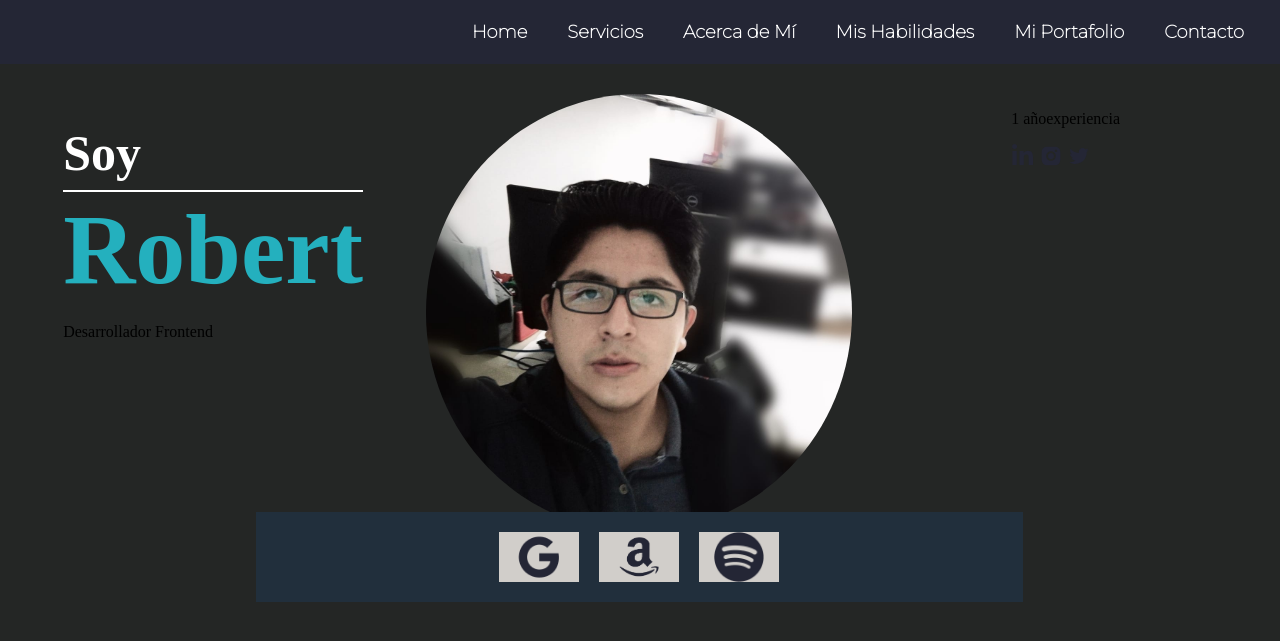
Repository: RobertAries28/PortafolioRobertEscalanteGomez2022
Page: index.html
The author's editor kept a copy of each file at every save. The page is drawn from the files as they stood at one save, then again after the next save.
The browser window is 1280 px wide. The pictures show the whole page.

Above is the page before, as saved 2022-02-15 11:48:19.

### index.html
<!DOCTYPE html>
<html lang="en">
<head>
    <meta charset="UTF-8">
    <meta http-equiv="X-UA-Compatible" content="IE=edge">
    <meta name="viewport" content="width=device-width, initial-scale=1.0">
    <link rel="preconnect" href="https://fonts.googleapis.com">
<link rel="preconnect" href="https://fonts.gstatic.com" crossorigin>
<link href="https://fonts.googleapis.com/css2?family=Montserrat:wght@100&display=swap" rel="stylesheet">
    <link rel="stylesheet" href="estilos.css">
    <title>Document</title>
</head>
<body>
    <header class="main-header">
        <div class="l-container">

        <div class="main-menu-toggle" id="main-menu-toggle"></div>
             <nav class="main-nav" id="main-nav">
                 <ul class="main-menu">
                       <li class="main-menu__item">
                           <a class="main-menu__link" href="#">
                              Home
                           </a>
                       </li>

                       <li class="main-menu__item">
                         <a class="main-menu__link" href="#">
                           Servicios
                         </a>
                       </li>

                       <li class="main-menu__item">
                        <a class="main-menu__link" href="#">
                          Acerca de Mí
                        </a>
                       </li>


                     <li class="main-menu__item">
                         <a class="main-menu__link" href="#">
                           Mis Habilidades
                         </a>
                     </li>

                     <li class="main-menu__item">
                        <a class="main-menu__link" href="#">
                         Mi Portafolio
                        </a>
                    </li>

                    <li class="main-menu__item">
                        <a class="main-menu__link" href="#">
                         Contacto
                        </a>
                    </li>


                 </ul>
             </nav>


        </div>
     </header>
     <section>
        <div class="section-nombre">
              <h2>Soy</h2><hr color="white"/>
              <h1>Robert</h1>
              <p>Desarrollador Frontend</p>
        </div>

        <div class="section-imagen">
              <img src="imagenes/fotoPerfil.jpeg" alt="">
        </div>

        <div class="section-experiencia">
               <p><span>1 año</span>experiencia</p>
               <div>
                 <img src="imagenes/linkedin.svg" alt="">
                 <img src="imagenes/instagram.svg" alt="">
                 <img src="imagenes/twitter.svg" alt="">
               </div>
        </div>

        <div class="section-iconos">
          <div>
             <img src="imagenes/gmail.png" alt="">
             <img src="imagenes/amazon.png" alt="">
             <img src="imagenes/spotify.png" alt="">
            </div>
        </div>
    </section>
    <script src="javascript.js"></script>
</body>
</html>

### estilos.css
body{
    margin: 0;
    background: #242625;
}

.main-header{
    height: 4rem;
    background: #242635;
    position:sticky;

	top:0;

}
.l-container{
    max-width: 100%;
    padding-left: 1rem;
    padding-right: 1rem;
    display: flex;
    justify-content: space-between;
    align-items: center;

    height: 100%;
    color: white;

}
.main-menu{
    margin-top: 0;
    margin-bottom: 0;
    padding-left: 0;
    list-style: none;
    display: flex;
}

.main-menu li{
    padding: 0 20px;
}

a{
  text-decoration: none;
  color: white;
  font-family: 'Montserrat', sans-serif;
  font-size: 18px;
  font-weight: bold;
}


/*section*/

section{
    display: grid;
    grid-template-columns: repeat(3,33.3%);
    grid-template-rows: repeat(3,auto);
    justify-items: center;
    padding-top: 30px;

}

.section-nombre h1{
    font-size: 100px;
    margin: 0;
    color: #24B0BE;
}

.section-nombre h2{
    font-size: 50px;
    margin: 0;
    margin-top: 30px;
    color: white;
}
.section-nombre hr{
    margin-bottom: 0;

}

.section-imagen img{
    width: 100%;
    height: 100%;
    border-radius: 50%;


}

.section-iconos{
   grid-column: 1 / span 3;
 justify-self: center;
   background: #212F3C;
  width:60%;
  position: relative;
 top: -20px;
}

.section-iconos div{
    display: flex;
  justify-content: center;
}

.section-iconos img{
  height: 50px;
  background: #D1CECA;
  padding: 0 15px;
  margin: 20px 10px;
}




@media screen and ( max-width: 768px){



.main-menu__item{
    padding: .5rem 0 .5rem 1rem
}

.main-menu__link{
    color: white;
    margin-left: 1rem;
}



.main-nav{
    position: fixed;
    height: calc(100vh - 4rem);
    width: 200px;
    background: black;
    top: 4rem;
    right: -200px;




}

.main-menu{
    flex-direction: column;
}

.main-menu li{
    padding: 10px 0;
}



.show{
right: 0px;
transition-duration: 1s;
transition-timing-function:ease-in-out

}

 :not(.show){
     transition-duration: 1s;
  transition-timing-function: ease-in
 }


.main-menu-toggle{
    width: 2.4rem;
    margin-left: calc(100% - 38.4px);
    height: 1.6rem;
    background: linear-gradient(black 20%, transparent 20%, transparent 40%, black 40%, black 60%, transparent 60%, transparent 80%, black 80%);
    cursor: pointer;

}
}

### javascript.js
 const showMenu = (toggleId, navId) =>{
               const toggle = document.getElementById(toggleId),
               nav = document.getElementById(navId)

               if(toggle && nav){
                   toggle.addEventListener('mouseover' , ()=>{
                       nav.classList.toggle('show')
                   })



               }

               if(toggle && nav){
                   toggle.addEventListener('mouseout' , ()=>{
                       nav.classList.toggle('show')
                   })



               }



           }
           showMenu('main-menu-toggle','main-nav')

After the next save:
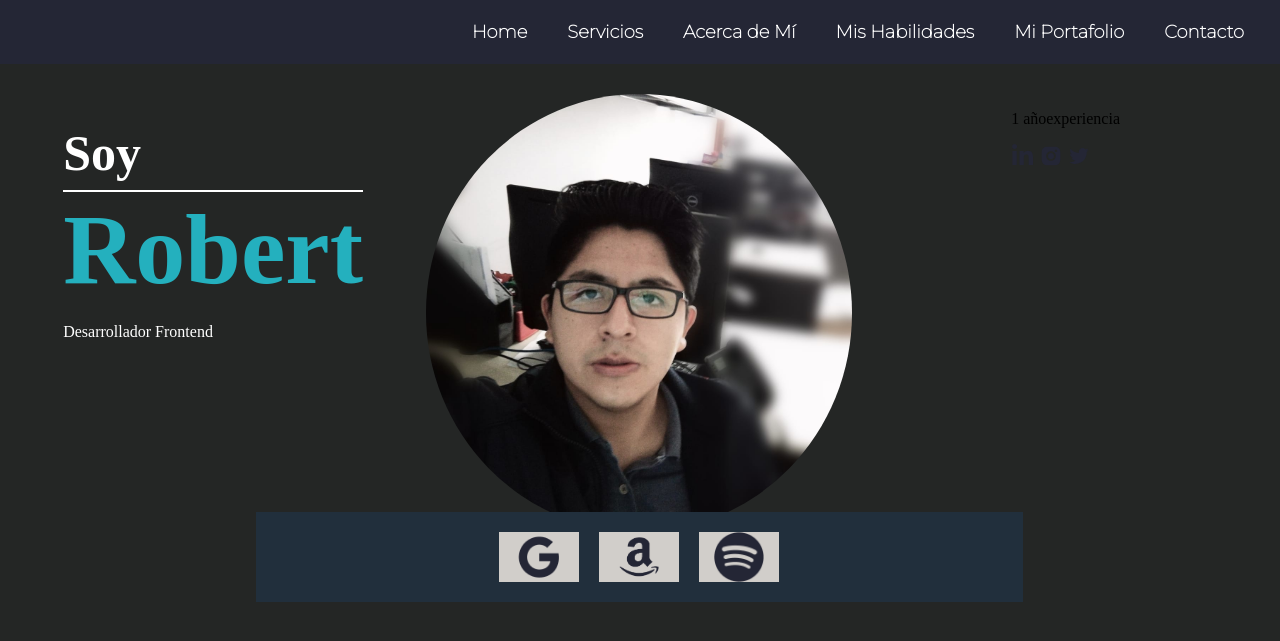
Saved 21 s later.
--- a/estilos.css
+++ b/estilos.css
@@ -65,6 +65,10 @@
     font-size: 50px;
     margin: 0;
     margin-top: 30px;
+    color: white;
+}
+
+.section-nombre p{
     color: white;
 }
 .section-nombre hr{
